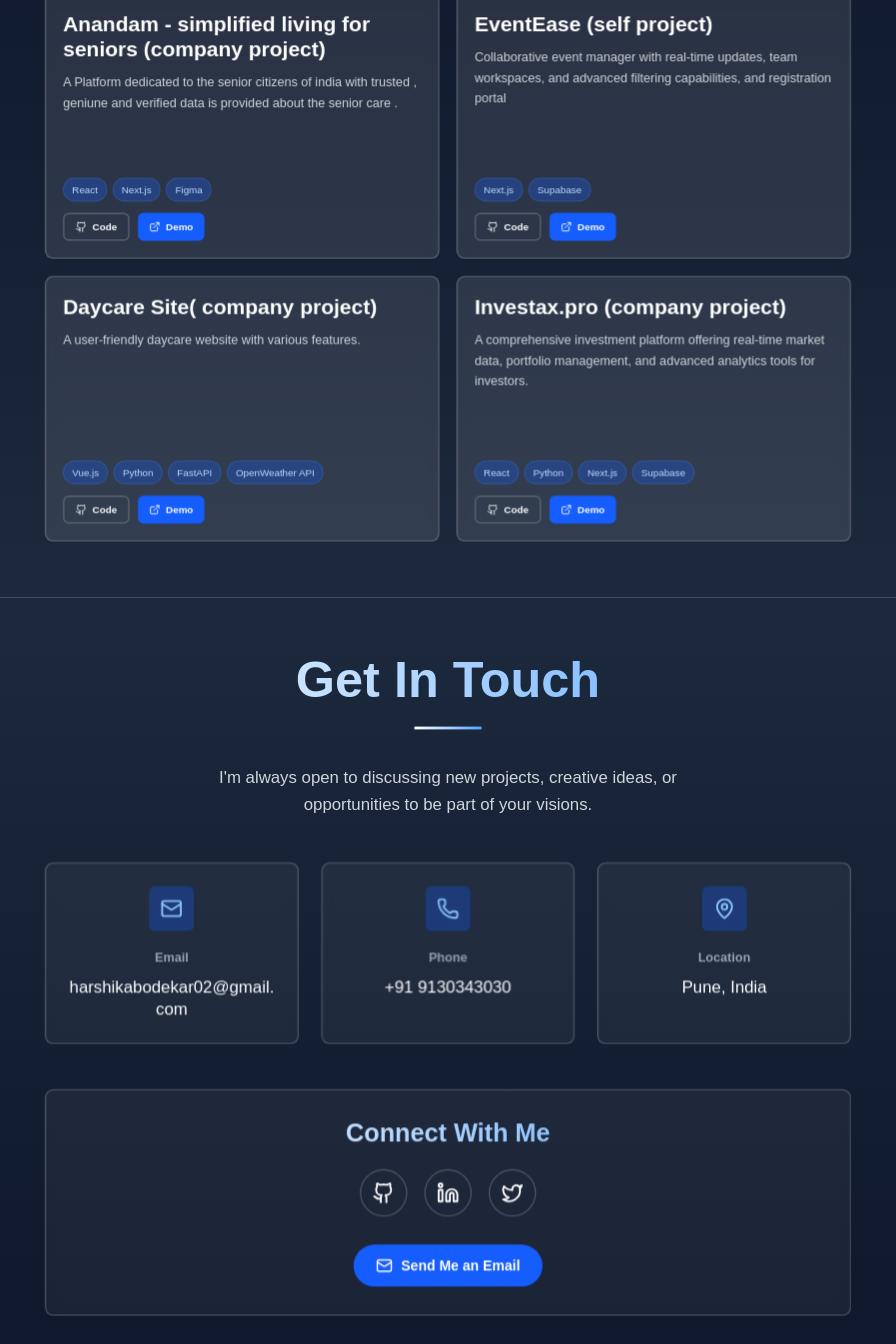
Repository: harshikabodekar/portfolio_awp
Page: /
These files come from the project's save history. The page is drawn as it stood at one moment and after the next save; the edit follows.
The browser window is 1280 px wide. The pictures show the part of the page from y = 2980 to 4900 px (the page is 4940 px tall before and 4820 px after), at 70% of full size.
The project was rebuilt for these pictures with package versions that can differ from the ones it lists, and the page was loaded fresh each time. The framework's server and built-in components were replaced by stand-ins that run in the browser. Also part of the build but not shown: next.config.mjs.

Above is the page before, as saved 2025-10-15 21:48:12.

After the next save:
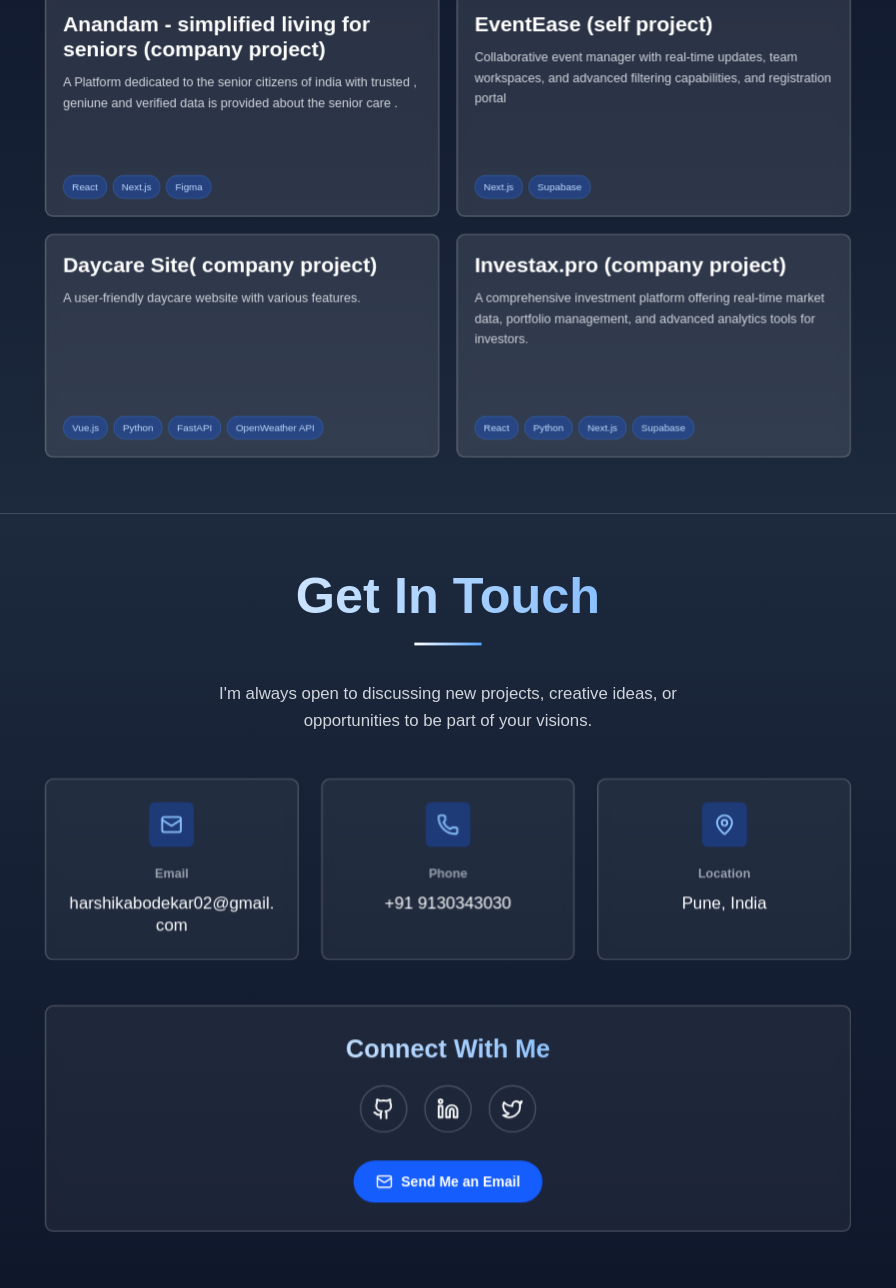
Saved 3 min 19 s later.
--- a/src/app/components/ProjectCard.js
+++ b/src/app/components/ProjectCard.js
@@ -1,18 +1,17 @@
 "use client";
-import { Github, ExternalLink } from 'lucide-react';
 
 const ProjectCard = ({ project }) => {
   return (
-    <div className="bg-white/10 backdrop-blur-sm border-2 border-white/20 rounded-xl p-6 h-[380px] hover:border-blue-400/50 transition-all duration-300 group flex flex-col">
+    <div className="bg-white/10 backdrop-blur-sm border-2 border-white/20 rounded-xl p-6 h-[320px] hover:border-blue-400/50 transition-all duration-300 group flex flex-col">
       <h3 className="text-2xl md:text-3xl font-bold mb-4 text-white group-hover:text-blue-400 transition-colors">
         {project.title}
       </h3>
 
-      <p className="text-base md:text-lg text-gray-300 mb-4 leading-relaxed flex-grow">
+      <p className="text-base md:text-lg text-gray-300 mb-6 leading-relaxed flex-grow">
         {project.description}
       </p>
 
-      <div className="flex flex-wrap gap-2 mb-4">
+      <div className="flex flex-wrap gap-2">
         {project.tech.map((tech, index) => (
           <span
             key={index}
@@ -22,27 +21,6 @@ const ProjectCard = ({ project }) => {
           </span>
         ))}
       </div>
-
-      <div className="flex gap-3">
-        <a
-          href={project.github}
-          target="_blank"
-          rel="noopener noreferrer"
-          className="flex items-center gap-2 px-4 py-2 border-2 border-white/20 rounded-lg hover:border-blue-400/50 hover:bg-white/10 transition-all duration-300 text-sm font-semibold"
-        >
-          <Github className="w-4 h-4" />
-          Code
-        </a>
-        <a
-          href={project.demo}
-          target="_blank"
-          rel="noopener noreferrer"
-          className="flex items-center gap-2 px-4 py-2 bg-blue-600 hover:bg-blue-700 rounded-lg transition-all duration-300 text-sm font-semibold"
-        >
-          <ExternalLink className="w-4 h-4" />
-          Demo
-        </a>
-      </div>
     </div>
   );
 };
